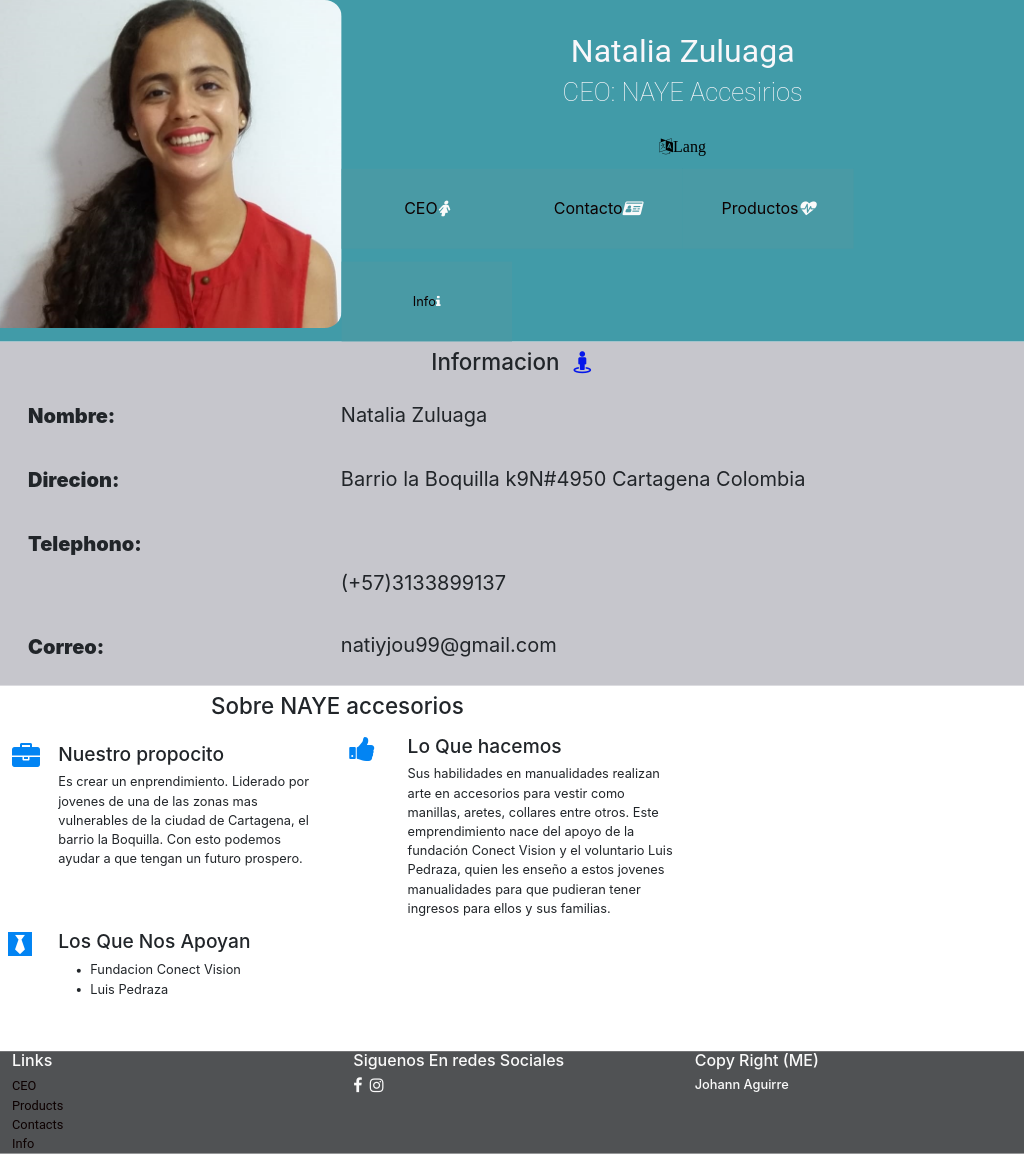
Repository: cachimiro/1-mile-stone-project
Page: index.html
The author's editor kept a record of every edit. The page is drawn from the files as they stood at one moment, then again after the next edit.
The browser window is 1280 px wide. The page is 1295 px wide, so the pictures cover 1295 px, including what lies to the right of the window. The pictures show the whole page, at 80% of full size.
Some web libraries are served in a nearby version.

Above is the page before.

After the next edit:
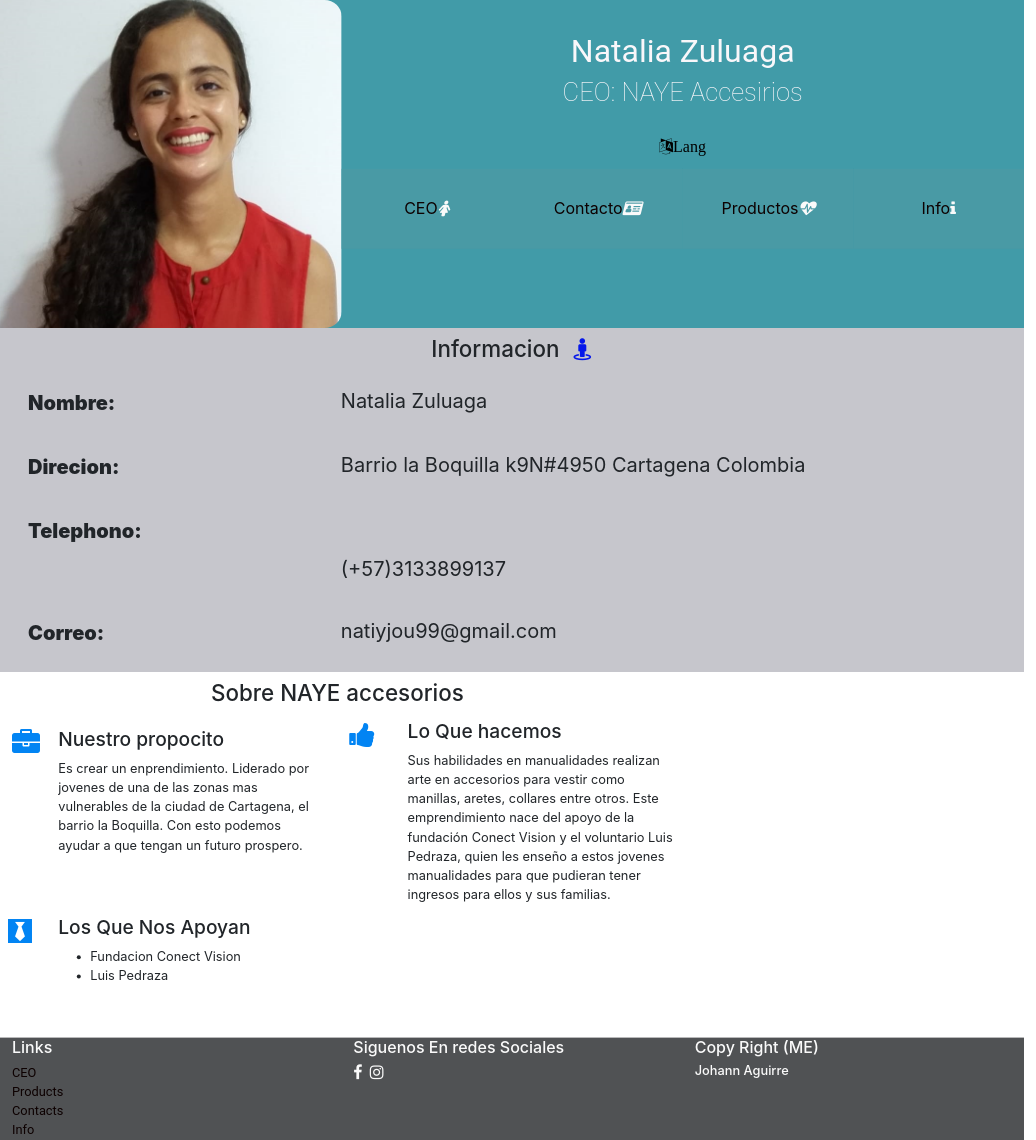
The edit:
--- a/index.html
+++ b/index.html
@@ -45,8 +45,8 @@
                         </li>
                         <li class="col-6 col-sm-3 ui-menu-color-productos list-inline-item menuitem">
                             <a href="productos.html"> Productos<i class="fa fa-crown hvr-icon" aria-hidden="true"> <span><i class="fas fa-heartbeat"></i></span></i>  </a>
-                        </div>
-                        <div class="col-6 col-sm-3 ui-menu-color-info list-inline-item menuitem">
+                        </li>
+                        <li class="col-6 col-sm-3 ui-menu-color-info list-inline-item menuitem">
                             <a href="informacion.html">Info<i class="fa fa-info hvr-icon" aria-hidden="true"></i>  </a>
                         </div>
 
